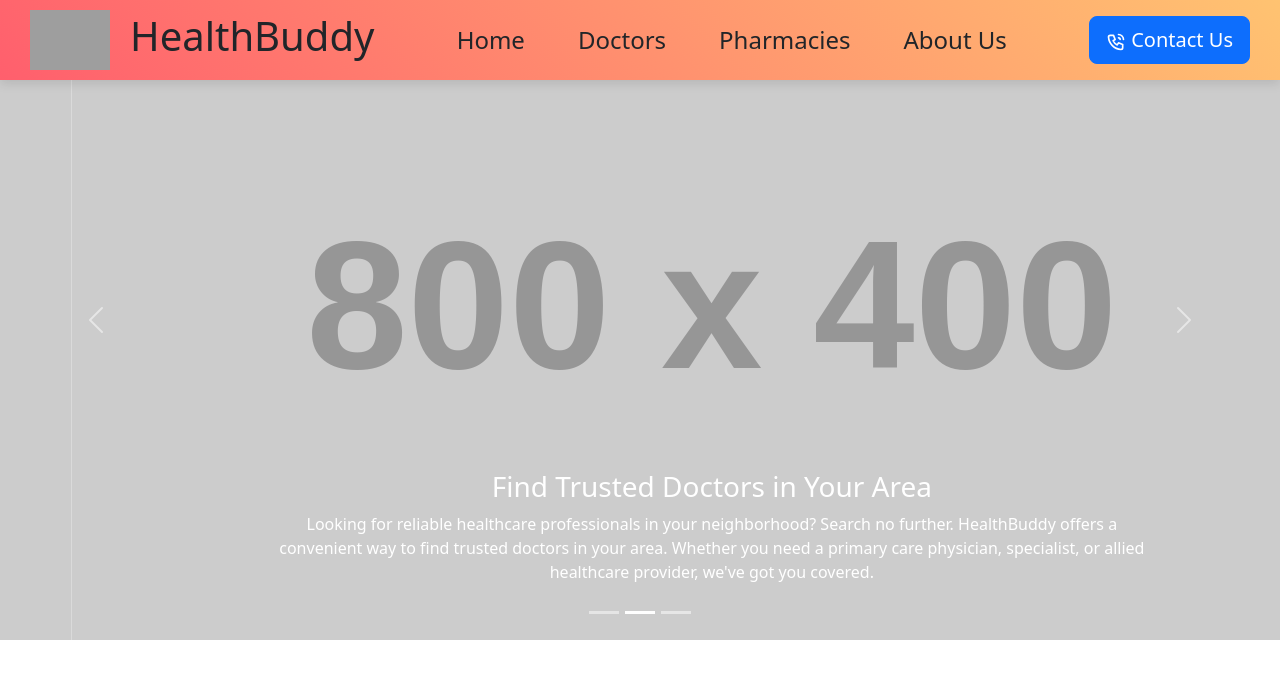
Repository: WajihaGul/MedicalApp-Frontend
Page: /
The author's editor kept a copy of each file at every save. The page is drawn from the files as they stood at one save, then again after the next save.
The browser window is 1280 px wide. The pictures show the whole page.
Pictures or frames that could not be fetched are drawn as grey boxes. The project was rebuilt for these pictures with package versions that can differ from the ones it lists, and the page was loaded fresh each time. Also part of the build but not shown: vite.config.js, src/index.css, src/App.css.

Above is the page before, as saved 2024-04-30 15:37:08.

### public/index.html
<!DOCTYPE html>
<html lang="en">
  <head>
    <meta charset="utf-8" />
    <link rel="icon" href="%PUBLIC_URL%/favicon.ico" />
    <meta name="viewport" content="width=device-width, initial-scale=1" />
    <meta name="theme-color" content="#000000" />
    <meta
      name="description"
      content="Web site created using create-react-app"
    />
    <link rel="apple-touch-icon" href="%PUBLIC_URL%/logo192.png" />

    <link rel="manifest" href="%PUBLIC_URL%/manifest.json" />

    <title>Health Buddy</title>

    <!-- Bootstrap CSS -->

    <link href="https://cdn.jsdelivr.net/npm/bootstrap@5.3.3/dist/css/bootstrap.min.css" rel="stylesheet">
  </head>
  <body>
    <noscript>You need to enable JavaScript to run this app.</noscript>
    <div id="root"></div>

  </body>
</html>

### src/App.js
import "./App.css";
import Homepage from "./Pages/Homepage";
function App() {
  return (
    <>
      <Homepage />
    </>
  );
}

export default App;

### src/Pages/Homepage.jsx
import LandingPage from "../Components/LandingPage/LandingPage";
import Navbar from "../Components/NavigationBar/Navbar";

const Homepage = () => {
  return (
    <>
      <Navbar />
      <LandingPage />
    </>
  );
};
export default Homepage;

### src/Components/LandingPage/LandingPage.jsx
import React from "react";
import "bootstrap/dist/css/bootstrap.min.css";
import { Carousel } from "react-bootstrap";

const LandingPage = () => {
  return (
    <Carousel>
      <Carousel.Item>
        <img
          className="d-block w-100"
          src="https://via.placeholder.com/800x400?text=First+Slide"
          alt="First slide"
        />
        <Carousel.Caption>
          <h3>Welcome to HealthBuddy</h3>
          <p>
            Welcome to HealthBuddy, your trusted partner in healthcare
            excellence. At our state-of-the-art facility, we are dedicated to
            providing compassionate care and innovative medical solutions
            tailored to your needs.
          </p>
        </Carousel.Caption>
      </Carousel.Item>
      <Carousel.Item>
        <img
          className="d-block w-100"
          src="https://via.placeholder.com/800x400?text=Second+Slide"
          alt="Second slide"
        />
        <Carousel.Caption>
          <h3>Find Trusted Doctors in Your Area</h3>
          <p>
            Looking for reliable healthcare professionals in your neighborhood?
            Search no further. HealthBuddy offers a convenient way to find
            trusted doctors in your area. Whether you need a primary care
            physician, specialist, or allied healthcare provider, we've got you
            covered.
          </p>
        </Carousel.Caption>
      </Carousel.Item>
      <Carousel.Item>
        <img
          className="d-block w-100"
          src="https://via.placeholder.com/800x400?text=Third+Slide"
          alt="Third slide"
        />
        <Carousel.Caption>
          <h3>Convenient Pharmacy Services at Your Fingertips</h3>
          <p>
            Need to refill your prescriptions or order medications? Look no
            further than HealthBuddy. Our pharmacy services make it easy to
            access the medications you need, right from the comfort of your own
            home.
          </p>
        </Carousel.Caption>
      </Carousel.Item>
    </Carousel>
  );
};

export default LandingPage;

### src/Components/NavigationBar/Navbar.jsx
import styles from "./Navbar.module.css";
import { TbPhoneCall } from "react-icons/tb";

const Navbar = () => {
  return (
    <>
      <nav className={styles.container}>
        <div className={styles.logo}>
          <img
            className={styles.nav_img}
            src="https://cdn.icon-icons.com/icons2/1465/PNG/512/588hospital_100778.png"
            alt="logo"
          />
          <h1 className="nav_head">HealthBuddy</h1>
        </div>
        <ul>
          <li href="#">Home</li>
          <li href="#">Doctors</li>
          <li href="#">Pharmacies</li>
          <li href="#">About Us</li>
        </ul>

        <button type="button" className="btn btn-primary btn-lg">
          <TbPhoneCall className="icon" /> Contact Us
        </button>
      </nav>
    </>
  );
};

export default Navbar;

### src/Components/NavigationBar/Navbar.module.css
/* Navbar.module.css */

nav {
  position: fixed;
  top: 0;
  left: 0;
  width: 100%;
  display: flex;
  justify-content: space-between;
  align-items: center;
  height: 80px; /* Increased height for a more prominent navbar */
  padding: 0 30px; /* Increased padding for better spacing */
  background: linear-gradient(45deg, #ff5f6d, #ffc371); /* Gradient background */
  box-shadow: 0px 4px 10px rgba(0, 0, 0, 0.1); /* Soft shadow */
  z-index: 1000;
}

nav ul {
  display: flex;
  gap: 53px;
  list-style-type: none;
  margin: 0;
  padding: 0;
  font-size: x-large;
}

.navbar-item {
  position: relative;
}

.navbar-item a {
  text-decoration: none;
  color: #fff;
  font-weight: bold;
  padding: 15px 20px;
  border-radius: 10px;
  transition: background-color 0.3s ease;
}

.navbar-item a:hover {
  background-color: rgba(255, 255, 255, 0.2); /* Semi-transparent background on hover */
}

.btn-primary.btn-lg {
  height: 46px;
  width: 160px;
  border-radius: 30px; /* Round button corners */
  margin-left: 24px;
  margin-top: -14px;
  font-weight: bold;
  background-color: #ffffff;
  color: #9686da; /* Button color */
  border: none;
  cursor: pointer;
  transition: transform 0.3s ease;
}

.btn-primary.btn-lg:hover {
  transform: scale(1.05); /* Scale button on hover */
}

.logo {
  display: flex;
  align-items: center;
}

.nav_img {
  height: 60px; /* Increased logo height */
  margin-right: 20px;
}

.nav_head {
  margin: 0;
  color: #fff;
  font-size: 24px; /* Increased font size */
  font-weight: bold;
  text-shadow: 2px 2px 4px rgba(0, 0, 0, 0.3); /* Text shadow for better visibility */
}

Loaded but not shown: src/index.js (common file)

After the next save:
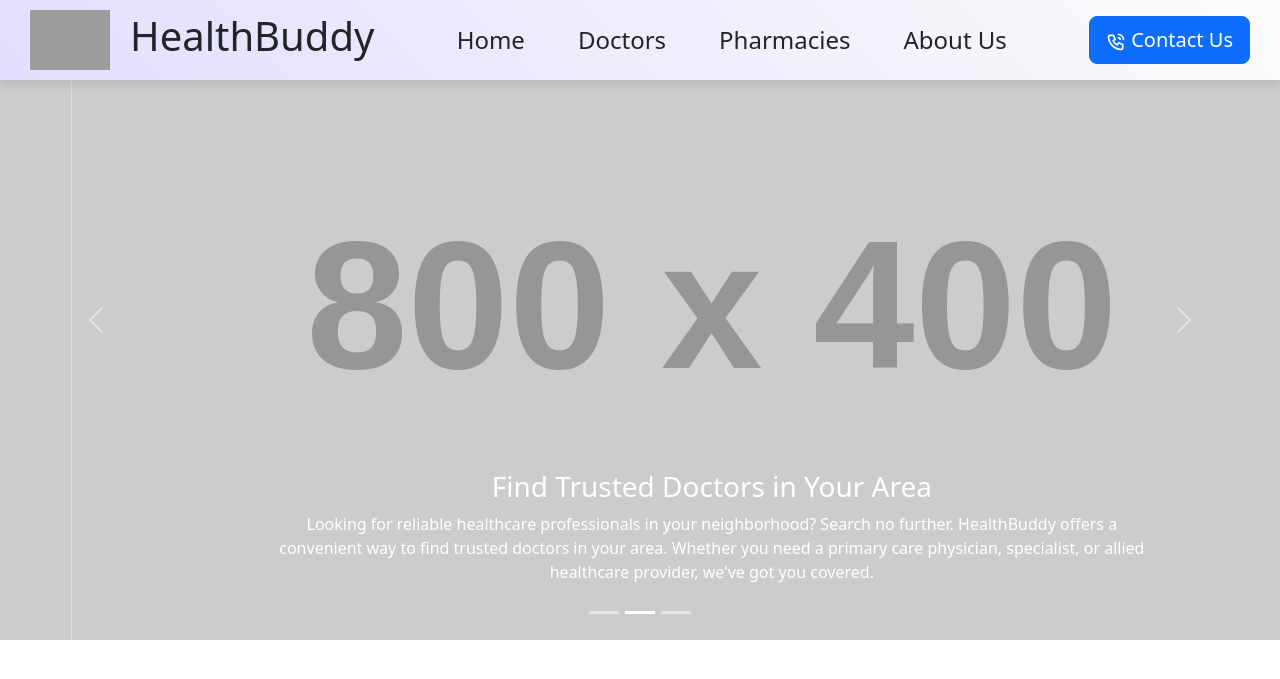
Saved 101 s later.
--- a/src/Components/NavigationBar/Navbar.module.css
+++ b/src/Components/NavigationBar/Navbar.module.css
@@ -10,7 +10,7 @@ nav {
   align-items: center;
   height: 80px; /* Increased height for a more prominent navbar */
   padding: 0 30px; /* Increased padding for better spacing */
-  background: linear-gradient(45deg, #ff5f6d, #ffc371); /* Gradient background */
+  background: linear-gradient(45deg, #e2deff, #fdfcfa); /* Gradient background */
   box-shadow: 0px 4px 10px rgba(0, 0, 0, 0.1); /* Soft shadow */
   z-index: 1000;
 }
